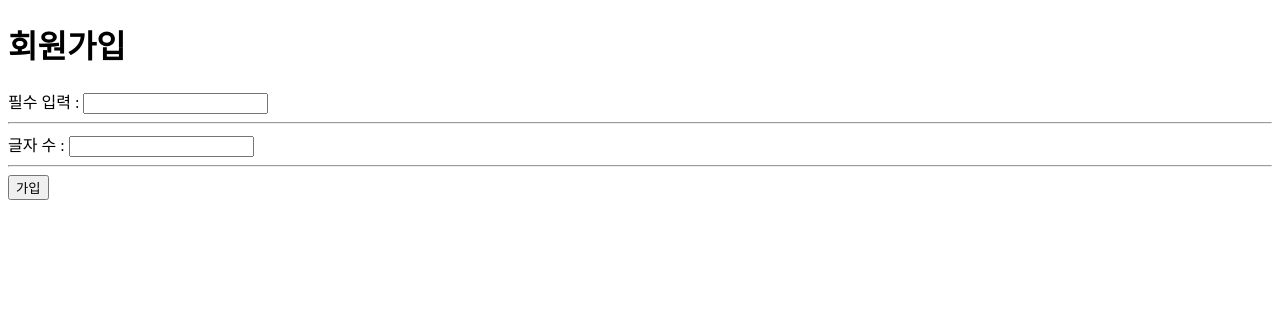
Repository: kkmin20200331-max/copyUpload
Page: 07_ValidChk/src/main/webapp/valid.html
An editor plug-in stored every save of this project. The page is shown before and after the next save, followed by the edit.
The browser window is 1280 px wide. The pictures show the whole page.

Above is the page before, as saved 2026-03-18 01:49:12.

### 07_ValidChk/src/main/webapp/valid.html
<!DOCTYPE html>
<html>
<head>
<meta charset="UTF-8">
<title>Insert title here</title>
</head>
<body>
<h1>회원가입</h1>
<form action="VC" id="myForm">
필수 입력 : <input required="required" >
<hr>
글자 수 : <input maxlength="5">
<hr>
<button>가입</button>
</form>


</body>
</html>

After the next save:
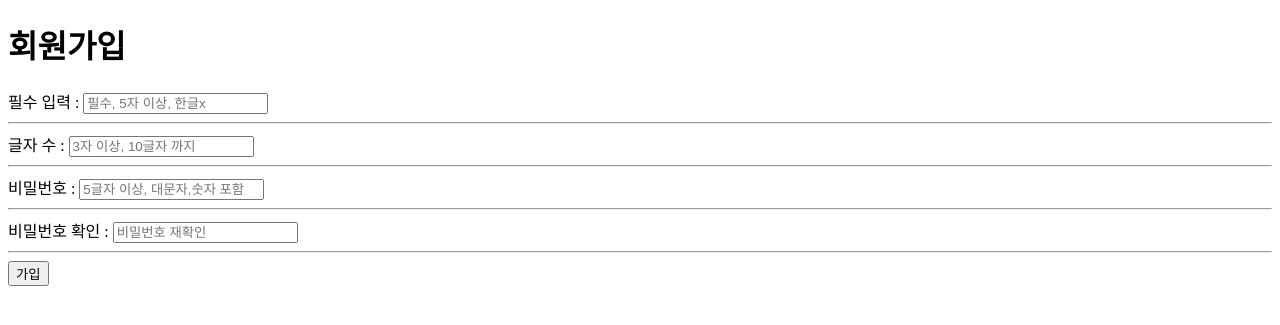
Saved 4 min 54 s later.
--- a/07_ValidChk/src/main/webapp/valid.html
+++ b/07_ValidChk/src/main/webapp/valid.html
@@ -7,9 +7,13 @@
 <body>
 <h1>회원가입</h1>
 <form action="VC" id="myForm">
-필수 입력 : <input required="required" >
+필수 입력 : <input id="i1" placeholder="필수, 5자 이상, 한글x">
 <hr>
-글자 수 : <input maxlength="5">
+글자 수 : <input id="i2" placeholder="3자 이상, 10글자 까지">
+<hr>
+비밀번호 : <input id="i3" placeholder="5글자 이상, 대문자,숫자 포함">
+<hr>
+비밀번호 확인 : <input id="i4" placeholder="비밀번호 재확인">
 <hr>
 <button>가입</button>
 </form>
